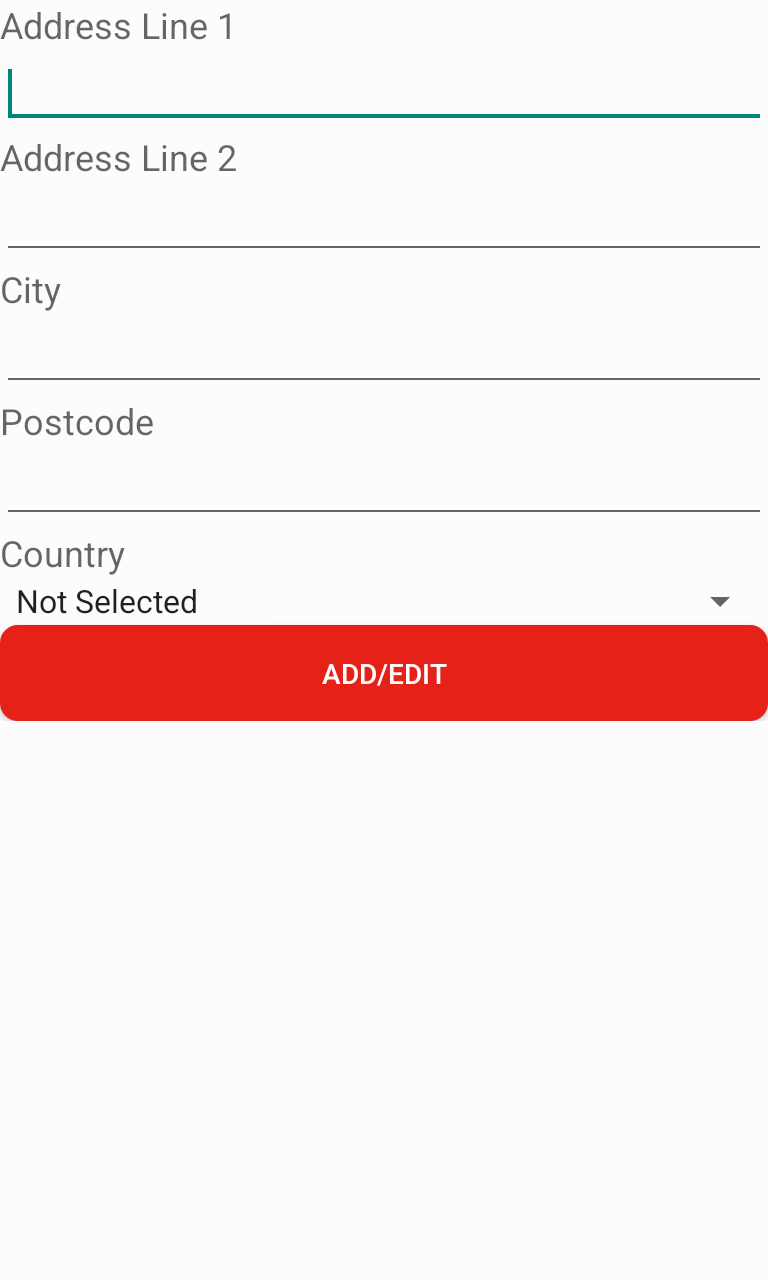
Repository: savindra/cutting-edge
Layout: Humzearch/res/layout/settings_address.xml
An editor plug-in stored every save of this project. The layout is shown before and after the next save, followed by the edit.
It is drawn on a 768 x 1280 px phone screen (xhdpi) without system bars, with theme AppTheme.BackButton; the app's code is not run.

Above is the layout before, as saved 2015-06-22 11:33:20.

After the next save:
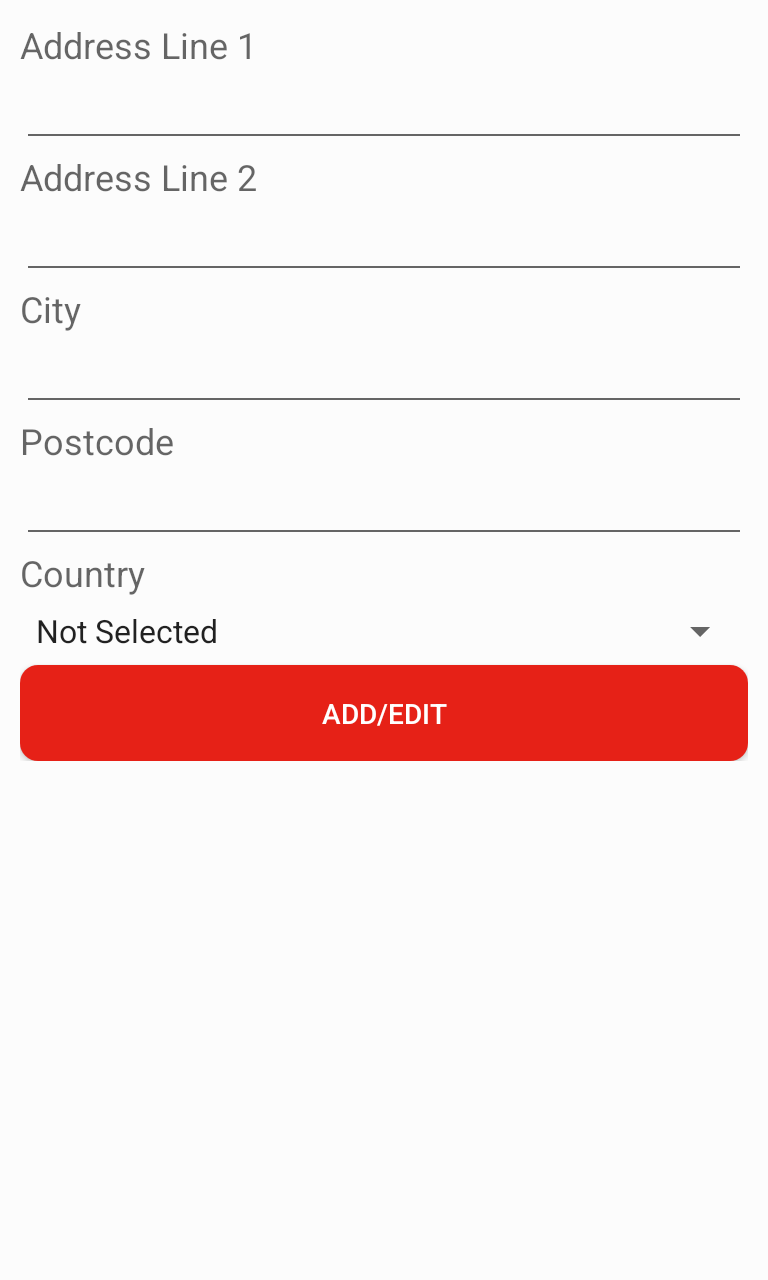
Saved 70 s later.
--- a/Humzearch/res/layout/settings_address.xml
+++ b/Humzearch/res/layout/settings_address.xml
@@ -5,88 +5,94 @@
     android:background="@color/background"
     android:orientation="vertical" >
 
+    <ScrollView
+        android:id="@+id/scrollView1"
+        android:layout_width="match_parent"
+        android:layout_height="wrap_content" >
+
         <LinearLayout
             android:layout_width="match_parent"
             android:layout_height="wrap_content"
+            android:layout_margin="10dp"
             android:orientation="vertical" >
 
             <TextView
-        android:id="@+id/textView1"
-        android:layout_width="wrap_content"
-        android:layout_height="wrap_content"
-        android:text="@string/addressline1"
-        android:textAppearance="?android:attr/textAppearanceMedium" />
+                android:id="@+id/textView1"
+                android:layout_width="wrap_content"
+                android:layout_height="wrap_content"
+                android:text="@string/addressline1"
+                android:textAppearance="?android:attr/textAppearanceMedium" />
 
-    <EditText
-        android:id="@+id/txtSettingsAddress1"
-        android:layout_width="match_parent"
-        android:layout_height="wrap_content"
-        android:ems="10" >
+            <EditText
+                android:id="@+id/txtSettingsAddress1"
+                android:layout_width="match_parent"
+                android:layout_height="wrap_content"
+                android:ems="10" />
 
-        <requestFocus />
-    </EditText>
+            <TextView
+                android:id="@+id/textView2"
+                android:layout_width="wrap_content"
+                android:layout_height="wrap_content"
+                android:text="@string/addressline2"
+                android:textAppearance="?android:attr/textAppearanceMedium" />
 
-    <TextView
-        android:id="@+id/textView2"
-        android:layout_width="wrap_content"
-        android:layout_height="wrap_content"
-        android:text="@string/addressline2"
-        android:textAppearance="?android:attr/textAppearanceMedium" />
+            <EditText
+                android:id="@+id/txtSettingsAddress2"
+                android:layout_width="match_parent"
+                android:layout_height="wrap_content"
+                android:ems="10" />
 
-    <EditText
-        android:id="@+id/txtSettingsAddress2"
-        android:layout_width="match_parent"
-        android:layout_height="wrap_content"
-        android:ems="10" />
+            <TextView
+                android:id="@+id/textView3"
+                android:layout_width="wrap_content"
+                android:layout_height="wrap_content"
+                android:text="@string/city"
+                android:textAppearance="?android:attr/textAppearanceMedium" />
 
-    <TextView
-        android:id="@+id/textView3"
-        android:layout_width="wrap_content"
-        android:layout_height="wrap_content"
-        android:text="@string/city"
-        android:textAppearance="?android:attr/textAppearanceMedium" />
+            <EditText
+                android:id="@+id/txtAddressSettingsCity"
+                android:layout_width="match_parent"
+                android:layout_height="wrap_content"
+                android:ems="10" />
 
-    <EditText
-        android:id="@+id/txtAddressSettingsCity"
-        android:layout_width="match_parent"
-        android:layout_height="wrap_content"
-        android:ems="10" />
+            <TextView
+                android:id="@+id/textView4"
+                android:layout_width="wrap_content"
+                android:layout_height="wrap_content"
+                android:text="@string/postcode"
+                android:textAppearance="?android:attr/textAppearanceMedium" />
 
-    <TextView
-        android:id="@+id/textView4"
-        android:layout_width="wrap_content"
-        android:layout_height="wrap_content"
-        android:text="@string/postcode"
-        android:textAppearance="?android:attr/textAppearanceMedium" />
+            <EditText
+                android:id="@+id/txtSettingsAddressPostcode"
+                android:layout_width="match_parent"
+                android:layout_height="wrap_content"
+                android:ems="10" />
 
-    <EditText
-        android:id="@+id/txtSettingsAddressPostcode"
-        android:layout_width="match_parent"
-        android:layout_height="wrap_content"
-        android:ems="10" />
+            <TextView
+                android:id="@+id/textView5"
+                android:layout_width="wrap_content"
+                android:layout_height="wrap_content"
+                android:text="@string/country"
+                android:textAppearance="?android:attr/textAppearanceMedium" />
 
-    <TextView
-        android:id="@+id/textView5"
-        android:layout_width="wrap_content"
-        android:layout_height="wrap_content"
-        android:text="@string/country"
-        android:textAppearance="?android:attr/textAppearanceMedium" />
+            <Spinner
+                android:id="@+id/spinnerSettingsAddressCountry"
+                android:layout_width="match_parent"
+                android:layout_height="wrap_content"
+                android:layout_marginBottom="5dp"
+                android:layout_marginTop="5dp"
+                android:entries="@array/countries_array" />
 
-    <Spinner
-        android:id="@+id/spinnerSettingsAddressCountry"
-        android:layout_width="match_parent"
-        android:layout_height="wrap_content"
-        android:entries="@array/countries_array" />
+            <Button
+                android:id="@+id/button1"
+                android:layout_width="match_parent"
+                android:layout_height="wrap_content"
+                android:background="@drawable/buttonshape"
+                android:text="@string/addedit"
+                android:textColor="#FFF" />
+        </LinearLayout>
 
-    <Button
-        android:id="@+id/button1"
-        android:layout_width="match_parent"
-        android:layout_height="wrap_content"
-        android:text="@string/addedit"
-        android:background="@drawable/buttonshape"
-        android:textColor="#FFF"/>
-
-        </LinearLayout>
+    </ScrollView>
 
 
 
